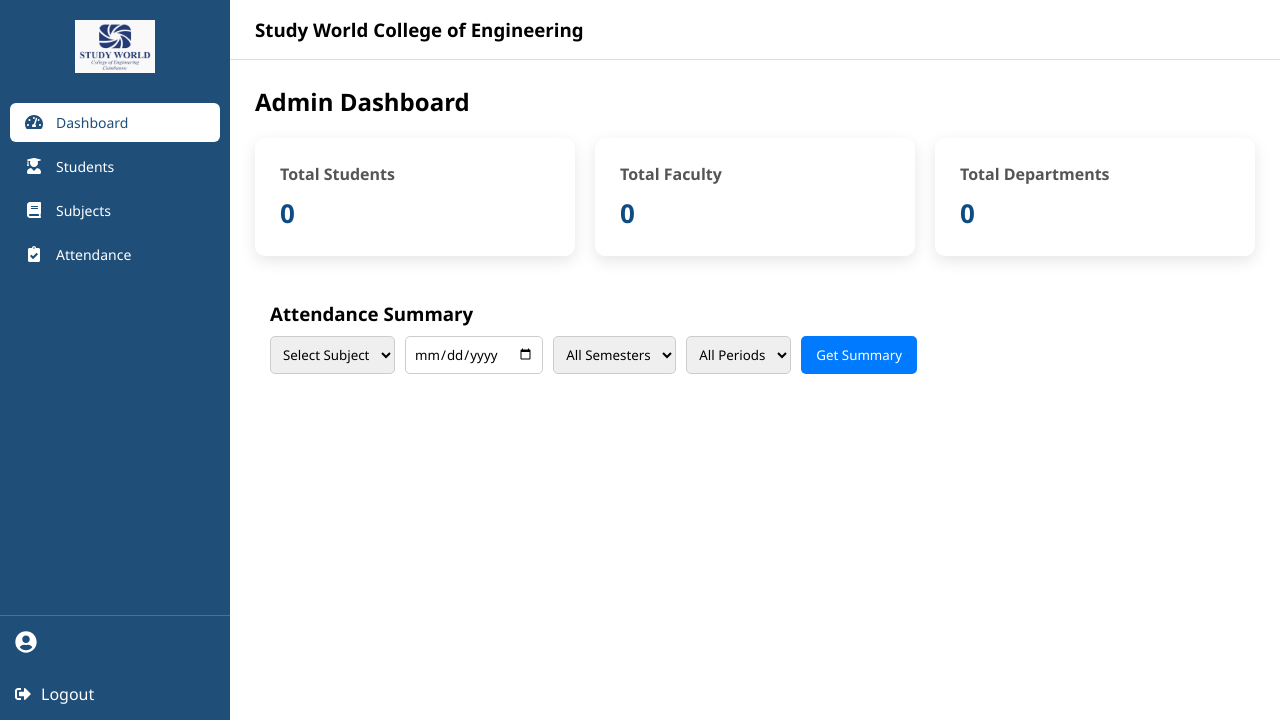
Repository: arthanarieswara/frontend
Page: /dashboard
These files come from the project's save history. The page is drawn as it stood at one moment and after the next save; the edit follows.
The browser window is 1280 px wide. The pictures show the whole page.
The page's requests for data from a server got no answer. The project was rebuilt for these pictures with package versions that can differ from the ones it lists, and the page was loaded fresh each time. No one was signed in, and anything a server would have sent is missing. Also part of the build but not shown: vite.config.js, src/pages/auth/Login.jsx, src/pages/departments/Departments.css, src/pages/departments/Departments.jsx, src/pages/students/Students.css, src/pages/students/Students.jsx, src/pages/faculty/Faculty.css, src/pages/faculty/Faculty.jsx and 8 more.

Above is the page before, as saved 2026-03-30 15:10:39.

After the next save:
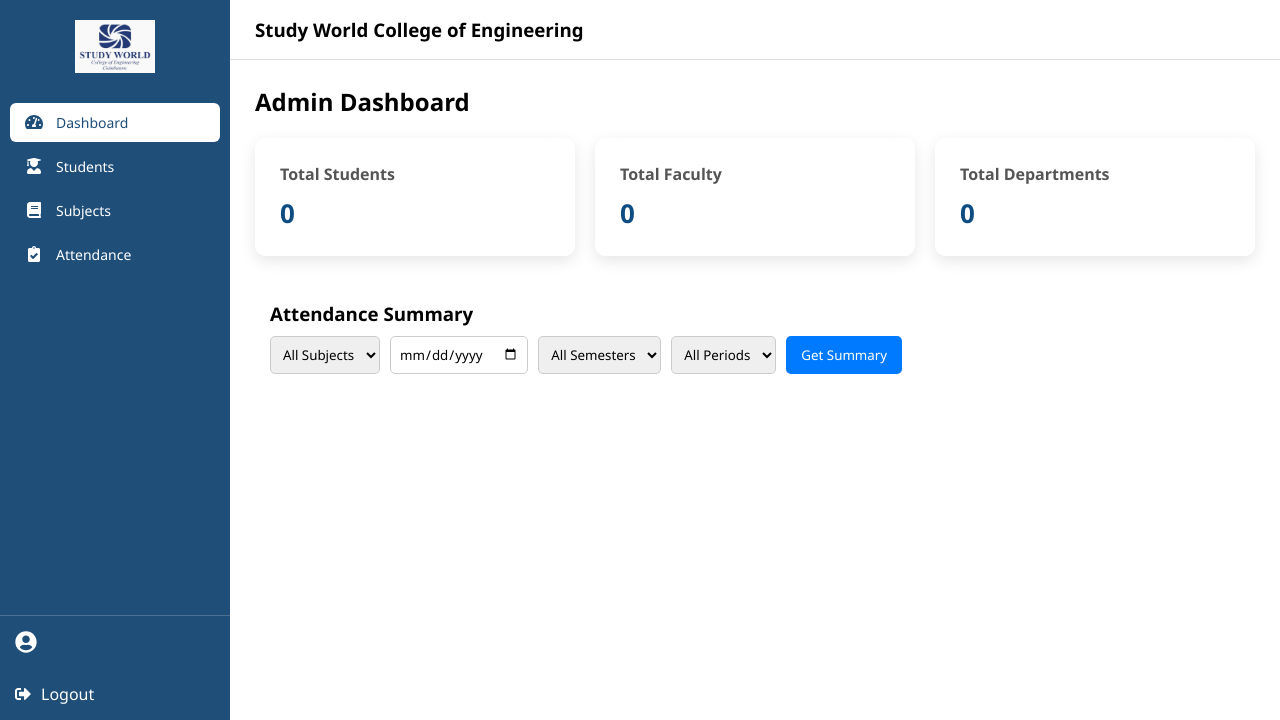
Saved 6 min 28 s later.
--- a/src/pages/dashboard/Dashboard.jsx
+++ b/src/pages/dashboard/Dashboard.jsx
@@ -14,7 +14,7 @@ function Dashboard() {
   const [subject, setSubject] = useState("");
   const [date, setDate] = useState("");
   const [period, setPeriod] = useState("");
-  const [semester, setSemester] = useState(""); // ✅ NEW
+  const [semester, setSemester] = useState("");
 
   const [attendanceSummary, setAttendanceSummary] = useState(null);
   const [summaryType, setSummaryType] = useState("");
@@ -48,21 +48,16 @@ function Dashboard() {
 
   const getAttendanceSummary = async () => {
     if (!date) {
-      alert("Select subject and date");
+      alert("Select date");
       return;
     }
 
     try {
-      let url = `/attendance/summary?subject_id=${subject}&date=${date}`;
-
-      if (period) {
-        url += `&period=${period}`;
-      }
-
-      // ✅ ADD SEMESTER
-      if (semester) {
-        url += `&semester=${semester}`;
-      }
+      let url = `/attendance/summary?date=${date}`;
+
+      if (subject) url += `&subject_id=${subject}`;
+      if (period) url += `&period=${period}`;
+      if (semester) url += `&semester=${semester}`;
 
       const res = await api.get(url);
 
@@ -97,7 +92,7 @@ function Dashboard() {
           </div>
         </div>
 
-        {/* ================= ATTENDANCE FILTER ================= */}
+        {/* ================= FILTER SECTION ================= */}
         <div className="attendance-filter-section">
           <h3>Attendance Summary</h3>
 
@@ -107,7 +102,7 @@ function Dashboard() {
               value={subject}
               onChange={(e) => setSubject(e.target.value)}
             >
-              <option value="">Select Subject</option>
+              <option value="">All Subjects</option>
               {subjects.map((s) => (
                 <option key={s.id} value={s.id}>
                   {s.name}
@@ -122,7 +117,7 @@ function Dashboard() {
               onChange={(e) => setDate(e.target.value)}
             />
 
-            {/* ✅ SEMESTER (NEW 🔥) */}
+            {/* SEMESTER */}
             <select
               value={semester}
               onChange={(e) => setSemester(e.target.value)}
@@ -149,7 +144,7 @@ function Dashboard() {
           </div>
         </div>
 
-        {/* ================= SINGLE PERIOD RESULT ================= */}
+        {/* ================= SINGLE PERIOD ================= */}
         {attendanceSummary && summaryType === "single" && (
           <div className="cards">
             <div className="card">
@@ -169,12 +164,13 @@ function Dashboard() {
           </div>
         )}
 
-        {/* ================= ALL PERIOD RESULT ================= */}
+        {/* ================= ALL PERIODS ================= */}
         {attendanceSummary && summaryType === "all" && (
           <>
             <table className="attendance-table">
               <thead>
                 <tr>
+                  {!subject && <th>Subject</th>} {/* ✅ NEW */}
                   <th>Period</th>
                   <th>Present</th>
                   <th>Absent</th>
@@ -183,8 +179,9 @@ function Dashboard() {
               </thead>
 
               <tbody>
-                {attendanceSummary.periods.map((p) => (
-                  <tr key={p.period}>
+                {attendanceSummary.periods.map((p, index) => (
+                  <tr key={index}>
+                    {!subject && <td>{p.subject_name}</td>} {/* ✅ NEW */}
                     <td>Period {p.period}</td>
                     <td>{p.present_count}</td>
                     <td>{p.absent_count}</td>
@@ -194,6 +191,7 @@ function Dashboard() {
               </tbody>
             </table>
 
+            {/* TOTAL SUMMARY */}
             <div className="cards">
               <div className="card">
                 <h3>Total Present</h3>
